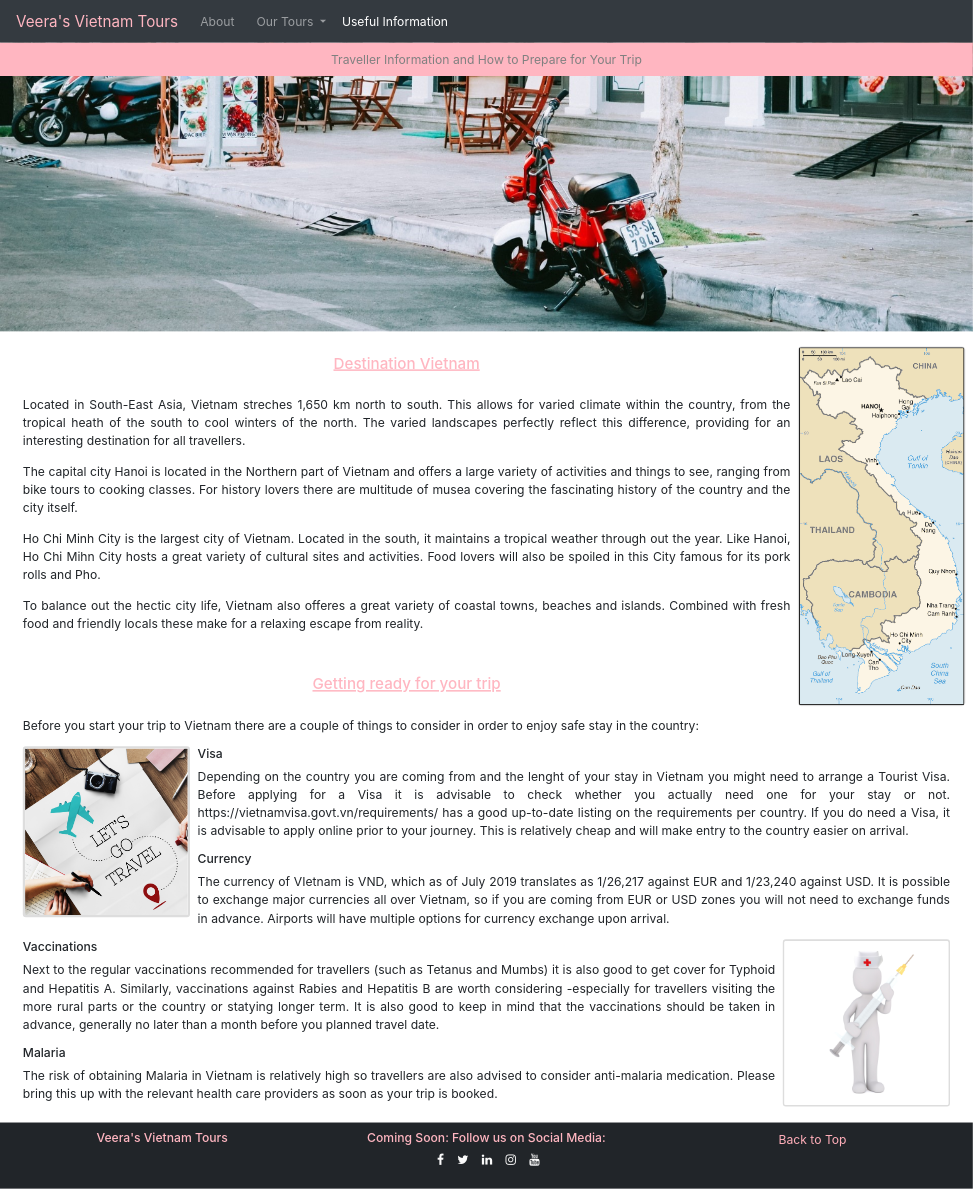
Repository: VAhola/VietnamTour
Page: Info.html
The author's editor kept a record of every edit. The page is drawn from the files as they stood at one moment, then again after the next edit.
The browser window is 1280 px wide. The pictures show the whole page, at 76% of full size.

Above is the page before.

After the next edit:
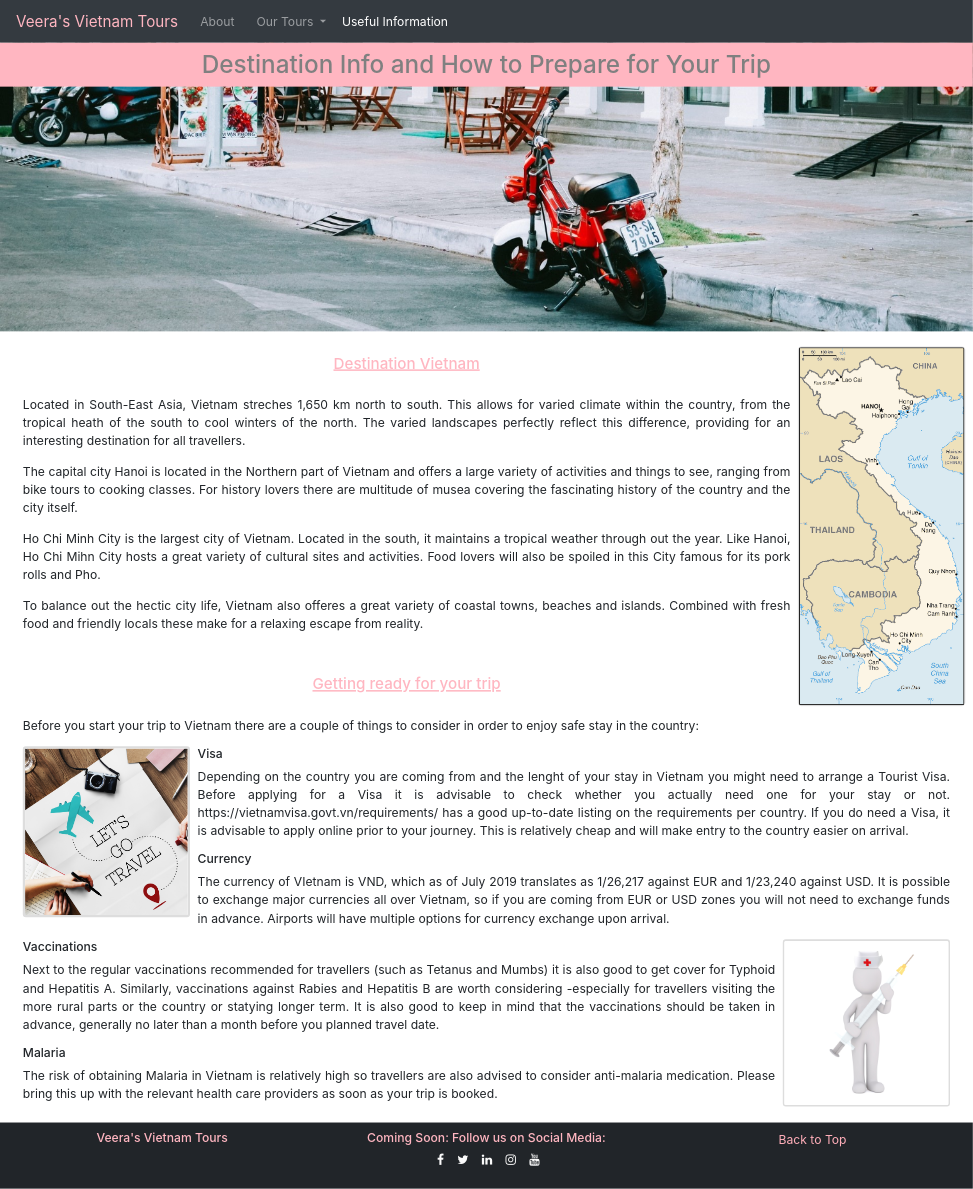
The edit:
--- a/Info.html
+++ b/Info.html
@@ -39,7 +39,7 @@
 
 <!--Banner-->
 <section class="section2">
-<p class="intro">Traveller Information and How to Prepare for Your Trip</p>
+<h2 class="intro">Destination Info and How to Prepare for Your Trip</h2>
 </section>
 
 <!-- /.Banner -->
